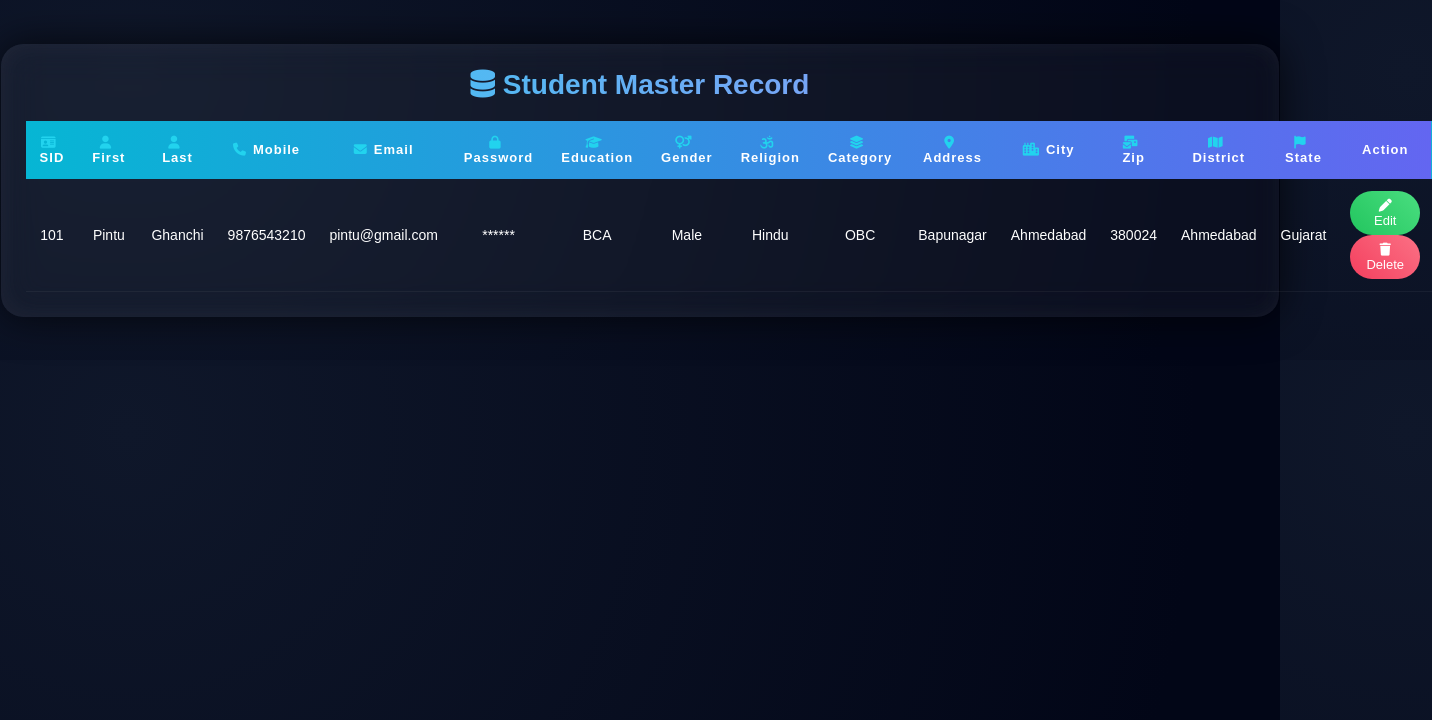
Repository: Pintu-6545/Java_Programming
Page: http://localhost/Students/view.jsp
The author's editor kept a copy of each file at every save. The page is drawn from the files as they stood at one save, then again after the next save.
The browser window is 1280 px wide. The page is 1432 px wide, then 1280 px, so the pictures cover 1432 px, including what lies to the right of the window. The pictures show the whole page.
The page is served by Tomcat 10. Queries for data that is not in the repository find no rows.

Above is the page before, as saved 2026-02-07 05:18:56.

After the next save:
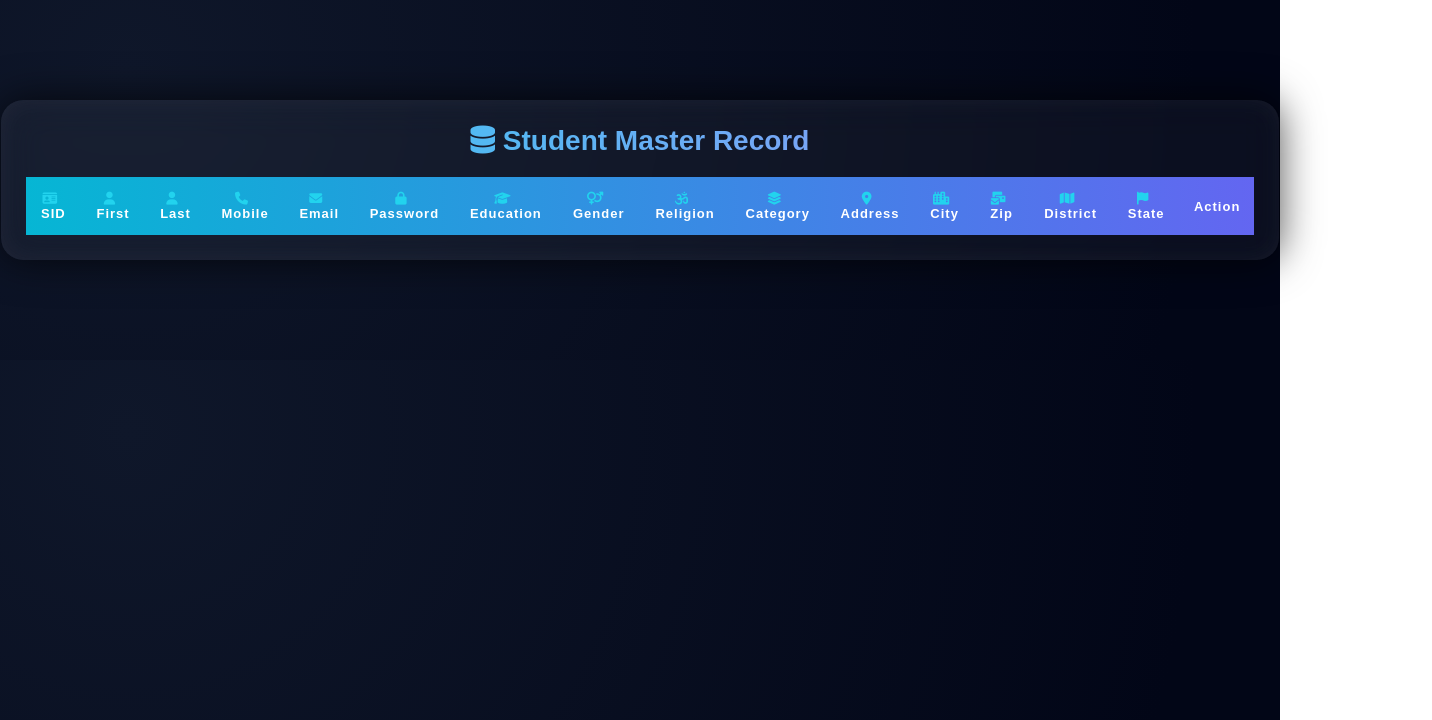
Saved 6 min 0 s later.
--- a/Assessement/Student Management/Students/src/main/webapp/view.jsp
+++ b/Assessement/Student Management/Students/src/main/webapp/view.jsp
@@ -1,3 +1,6 @@
+<%@page import="com.dao.StudentDao"%>
+<%@page import="com.bean.Student"%>
+<%@page import="java.util.List"%>
 <%@ page language="java" contentType="text/html; charset=UTF-8"
     pageEncoding="UTF-8"%>
 <!DOCTYPE html>
@@ -44,7 +47,11 @@ Student Master Record
 </thead>
 
 <tbody>
-
+<%
+	List<Student> list = StudentDao.getAllEmployees();
+   		for(Student s:list)
+   		{
+%>
 <tr>
 <td>101</td>
 <td>Pintu</td>
@@ -72,7 +79,9 @@ Student Master Record
 </button>
 </td>
 </tr>
-
+<%
+   		}
+%>
 </tbody>
 
 </table>
